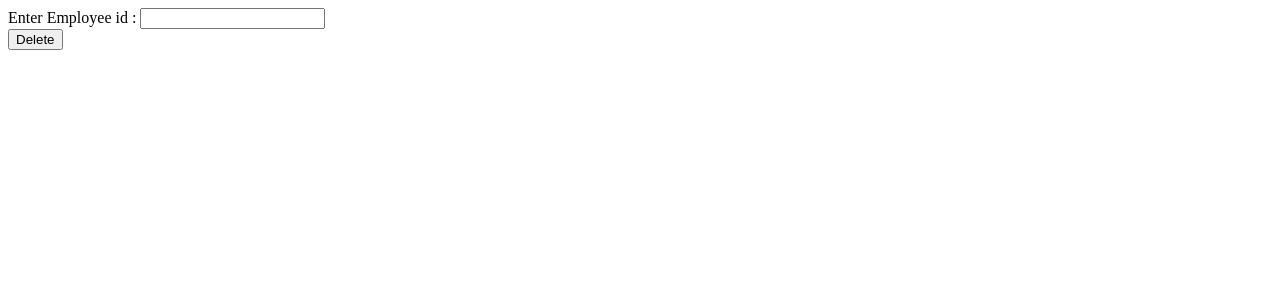
Repository: gajanansp07/Advance_Java_Practice
Page: http://localhost/JDBCCURD/DeleteRecord.jsp
The author's editor kept a copy of each file at every save. The page is drawn from the files as they stood at one save, then again after the next save.
The browser window is 1280 px wide. The pictures show the whole page.
The page is served by Tomcat 9.

Above is the page before, as saved 2022-03-18 10:34:28.

After the next save:
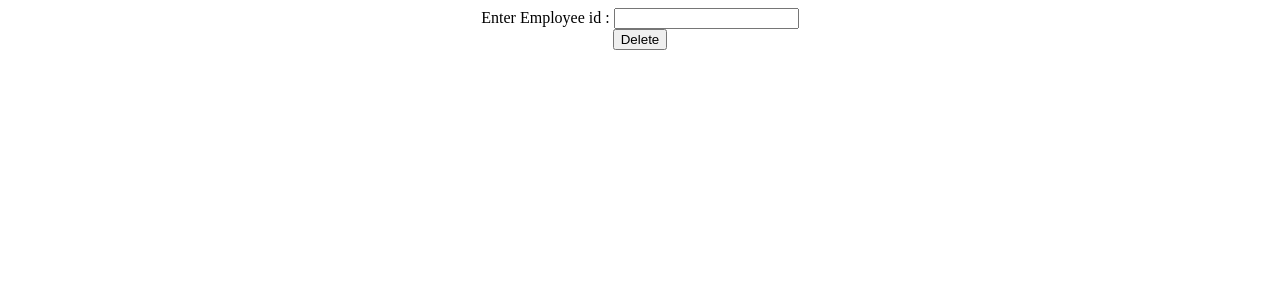
Saved 51 s later.
--- a/JDBCCURD/src/main/webapp/DeleteRecord.jsp
+++ b/JDBCCURD/src/main/webapp/DeleteRecord.jsp
@@ -7,7 +7,7 @@
 <title>Insert title here</title>
 </head>
 <body>
-	<div class="delrec">
+	<div class="delrec" align="center">
 	<form action="delRec.jsp" method="post" target="iframe_home">
 	<label for="email">Enter Employee id : </label>
 	<input type="text" name="name" id="email" /><br />
